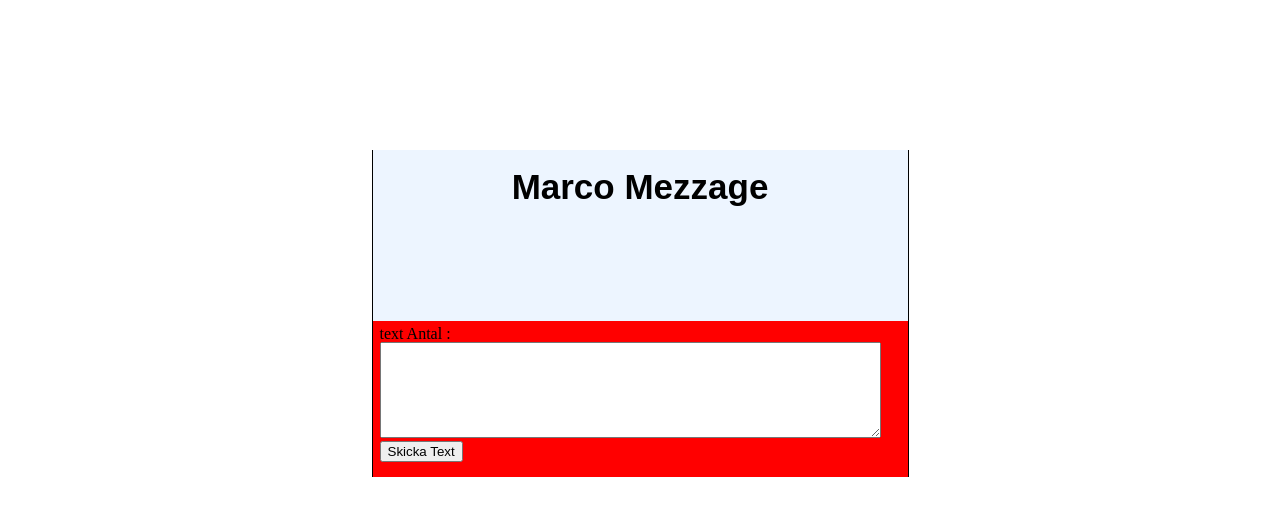
Repository: Marco30/1dv403-laborationer
Page: 2-labbymezzage/index.html
The author's editor kept a record of every edit. The page is drawn from the files as they stood at one moment, then again after the next edit.
The browser window is 1280 px wide. The pictures show the whole page.

Above is the page before.

After the next edit:
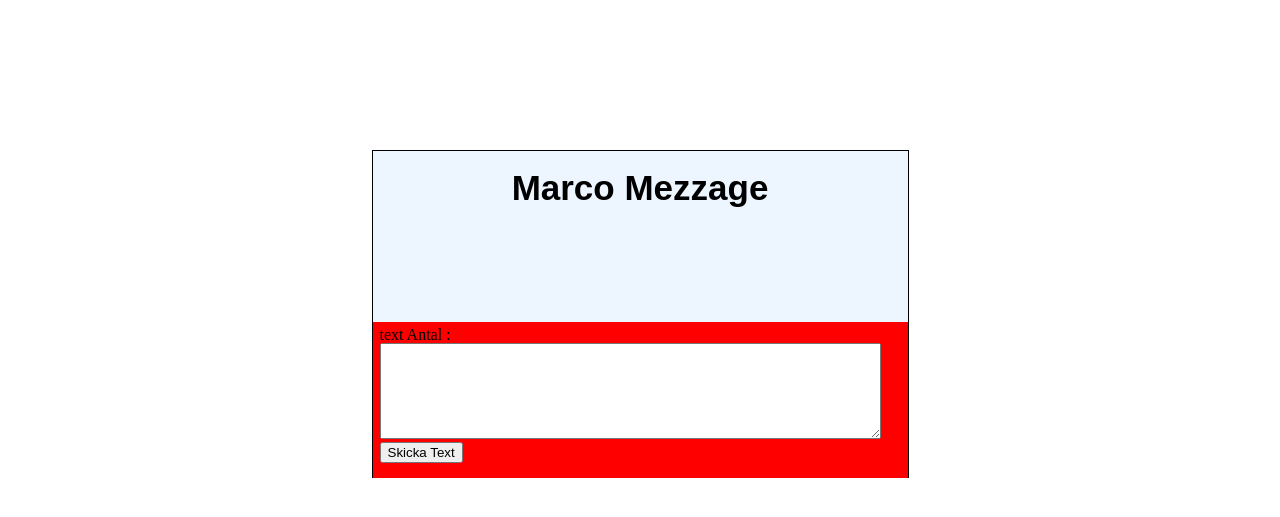
The edit:
--- a/2-labbymezzage/css/style.css
+++ b/2-labbymezzage/css/style.css
@@ -53,6 +53,7 @@
 width: 535px;
 margin: 150px auto;
 background-color: #EDF5FF;
+border-top: 1px solid #000;
 border-left: 1px solid #000;
 border-right: 1px solid #000;
 }
